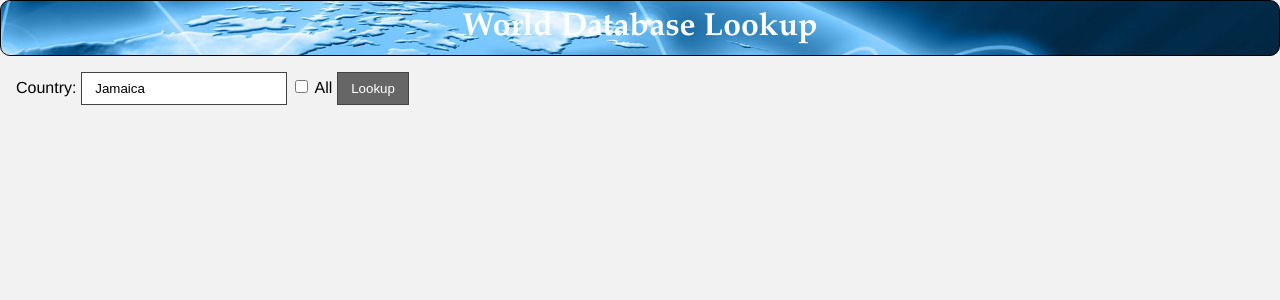
Repository: zBraVo17/info2180-lab7
Page: index.html
The author's editor kept a record of every edit. The page is drawn from the files as they stood at one moment, then again after the next edit.
The browser window is 1280 px wide. The pictures show the whole page.
Some web libraries are served in a nearby version.

Above is the page before.

### index.html
<!DOCTYPE html>
<html>
	<head>
        <meta charset="utf-8">
		<title>World Database Lookup</title>

		<!-- you can modify this as needed or to your preference -->
		<link href="world.css" type="text/css" rel="stylesheet" />

		<script src="https://code.jquery.com/jquery-3.1.1.min.js"></script>

		<!-- you write this -->
		<script src="world.js" type="text/javascript"></script>
	</head>

	<body>
		<h1>World Database Lookup</h1>

		<div id="controls">
			<label for="country">Country:</label>
			<input id="country" type="text" name="country" value="Jamaica" />
			<button id="lookup">Lookup</button>
		</div>

		<div id="result">
			<!-- countries will appear here -->
		</div>

	</body>
</html>

### world.css
body{
    padding: 0;
    margin: 0;
    font-size: 16px;
    font-family: Helvetica, Arial, sans-serif;
    background-color: #f2f2f2;
}
.error{
    padding: 5px 0;
    color: red;
    border-radius: 4px;
}
button{
    display: inline-block;
    background: #666666;
    color: #fff;
}

button,input#country{
    border: 1px solid #444;
    padding: 8px 1em;
}
h1{

    background-image: url('Global-Banner.jpg');
    background-size: cover;
    background-repeat: no-repeat;
    font-family: Palatino;
    border-style: solid;
    border-width: thin;
    border-color: #000;
    border-radius: 10px;
    text-align: center;
    color: #fff;
    margin: 0;
    padding: 8px 16px;
}
#controls, #result{
    margin: 1em;
}
ul{
    list-style: none;
    padding: 0;
}
ul li{
    margin-bottom: 8px;
}

### world.js
/* global $*/

function getCountry(countr) {
    // jquery $.get
    $.get('world.php', countr, addResult);
}

function addResult(results) {
    document.getElementById('result').innerHTML = results;
}

document.addEventListener('DOMContentLoaded', function() {

    // jquery .before
    $('#lookup').before('<input type="checkbox" name="all" value="true" id="allResult"> All ');

    document.getElementById('lookup').addEventListener('click', function() {
        var country = document.getElementById('country').value;
        var all = document.getElementById('allResult').checked;
        var countr;

        if ( all )
            countr = {all: true};
        else
            countr = {country: country};

        getCountry(countr);
    });
});

After the next edit:
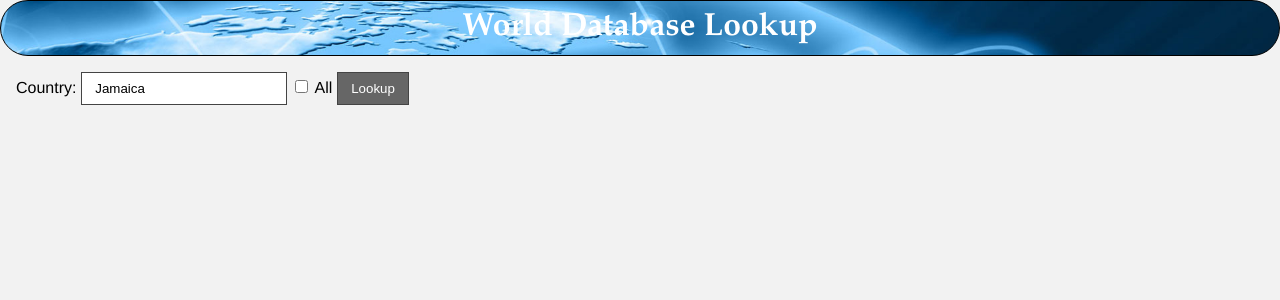
The edit:
--- a/world.css
+++ b/world.css
@@ -29,7 +29,7 @@
     border-style: solid;
     border-width: thin;
     border-color: #000;
-    border-radius: 10px;
+    border-radius: 40px;
     text-align: center;
     color: #fff;
     margin: 0;
